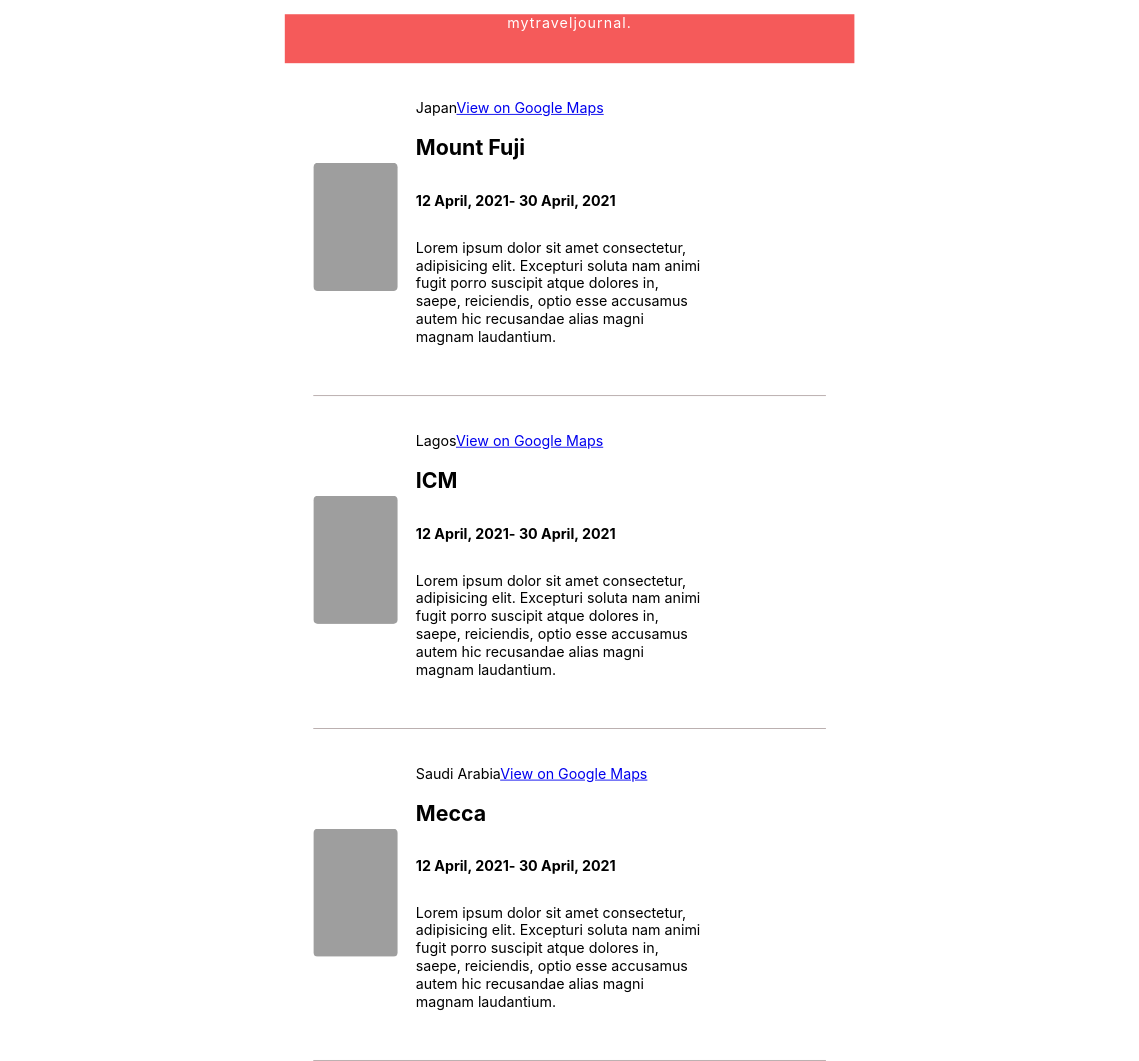
Repository: BuduCE/travel-journal
Page: /
The author's editor kept a copy of each file at every save. The page is drawn from the files as they stood at one save, then again after a run of saves.
The browser window is 1280 px wide. The pictures show the whole page, at 89% of full size.
Pictures or frames that could not be fetched are drawn as grey boxes. The project was rebuilt for these pictures with package versions that can differ from the ones it lists, and the page was loaded fresh each time.

Above is the page before, as saved 2022-08-25 13:35:01.

### src/index.css
*{
  box-sizing: border-box;
  mar
}
body {
  margin: 0;
  font-family: -apple-system, BlinkMacSystemFont, 'Segoe UI', 'Roboto', 'Oxygen',
    'Ubuntu', 'Cantarell', 'Fira Sans', 'Droid Sans', 'Helvetica Neue',
    sans-serif;
  -webkit-font-smoothing: antialiased;
  -moz-osx-font-smoothing: grayscale;
}

code {
  font-family: source-code-pro, Menlo, Monaco, Consolas, 'Courier New',
    monospace;
}

### src/App.js
import './App.css';
import Home from './components/Home';
import Tour from './components/Tour';
import data from './data'

function App() {
  // Mapping through the data file
  const places = data.map(place => {
    return <Tour
              key = {place.id}
              {...place}
            />
  })

  return (
    <div className="App">
      <Home />
      {/* <Tour /> */}
      {places}
    </div>
  );
}

export default App;

### src/components/Home/index.jsx
import Tour from '../Tour'
import data from '../../data'
import './styles.css'

const Home = () => {


  return (
    <div className='Home'>
      <p>mytraveljournal.</p>
    </div>
  )
}

export default Home

### src/components/Tour/index.jsx
import './styles.css'
import camp from './camp.jpg'

const Tour = (props) => {
  return (
    <div className='Tour'>
      {/* Section 1 */}
      <div className="tour-img">
        {/* <img src={camp} alt="" /> */}
        <img src={props.image} alt="" />
      </div>

      {/* Section 2 */}
      <div className="tour-info">
        <div className="tour-loc">
          <img src="" alt="" />
          <span>{props.location}</span>
          <a href={props.googleMapsUrl}>View on Google Maps</a>
        </div>
        <h2>{props.title}</h2>
        <div className="tour-data">
          <p><b>{props.startDate}</b></p>
          <p><b>- {props.endDate}</b></p>
        </div>

        <p className='tour-desc'>
          Lorem ipsum dolor sit amet consectetur, adipisicing elit. Excepturi soluta nam animi fugit porro suscipit atque dolores in, saepe, reiciendis, optio esse accusamus autem hic recusandae alias magni magnam laudantium.
        </p>
      </div>

    </div>
  )
}

export default Tour

### src/data.js
export default [
    {
        id: 1,
        title: "Mount Fuji",
        location: "Japan",
        googleMapsUrl: "https://googlemaps",
        startDate: "12 April, 2021",
        endDate: "30 April, 2021",
        image: "https://images.unsplash.com/photo-1657214059212-104dac959c56?ixlib=rb-1.2.1&ixid=MnwxMjA3fDF8MHxzZWFyY2h8MXx8dHJhdmVsfGVufDB8fDB8fA%3D%3D&auto=format&fit=crop&w=500&q=60",
    },
    {
        id: 2,
        title: "ICM",
        location: "Lagos",
        googleMapsUrl: "https://googlemaps",
        startDate: "12 April, 2021",
        endDate: "30 April, 2021",
        image:"https://images.unsplash.com/photo-1527631746610-bca00a040d60?ixlib=rb-1.2.1&ixid=MnwxMjA3fDB8MHxzZWFyY2h8MTJ8fHRyYXZlbHxlbnwwfHwwfHw%3D&auto=format&fit=crop&w=500&q=60",
    },
    {
        id: 3,
        title: "Mecca",
        location: "Saudi Arabia",
        googleMapsUrl: "https://googlemaps",
        startDate: "12 April, 2021",
        endDate: "30 April, 2021",
        image:"https://images.unsplash.com/photo-1528543606781-2f6e6857f318?ixlib=rb-1.2.1&ixid=MnwxMjA3fDB8MHxzZWFyY2h8MTh8fHRyYXZlbHxlbnwwfHwwfHw%3D&auto=format&fit=crop&w=500&q=60",
    },
]

### src/components/Home/styles.css
.Home{
    width: 50%;
    margin: auto;
    background: #F55A5A;
    height: 55px;
    text-align: center;
    font-size: 1rem;
    line-height: 18px;
    letter-spacing: 0.075em;
    color: #fff;
}

### src/components/Tour/styles.css
.Tour{
    width: 45%;
    margin: auto;
    display: grid;
    grid-template-columns: 1fr 4fr;
    padding: 40px 0;
    align-items: center;
    border-bottom: 1px solid #b3a7a7;
}
.tour-img{
    margin-right: 20px;
}
.tour-img > img{
    width: 100%;
    height: 20vh;
    border-radius: 5px;
}
.tour-data{
    display: flex;
}
.tour-desc{
    width: 70%;
}

Loaded but not shown: public/index.html (common file); src/index.js (common file); src/reportWebVitals.js (common file); src/App.css (common file)

After the next 3 saves:
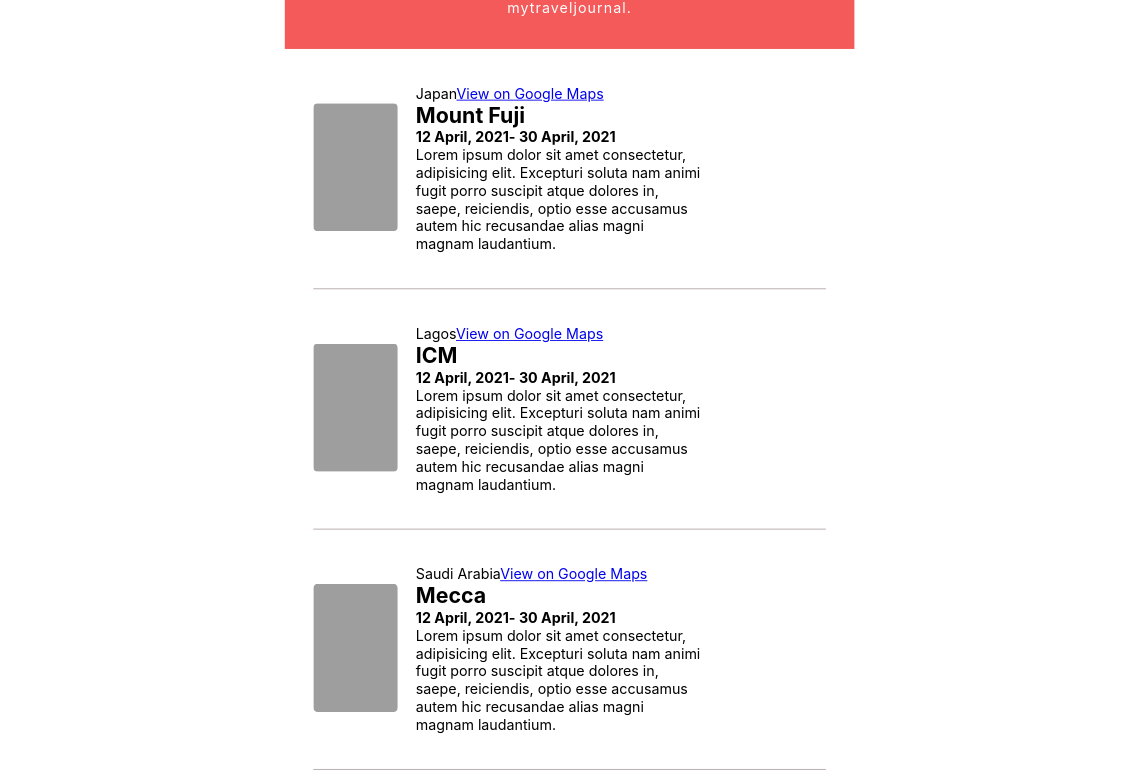
The 3 saves are shown as one change because they came seconds apart.
The last was saved 8 s later.
--- a/src/index.css
+++ b/src/index.css
@@ -1,6 +1,7 @@
 *{
   box-sizing: border-box;
-  mar
+  margin: 0;
+  padding: 0;
 }
 body {
   margin: 0;
